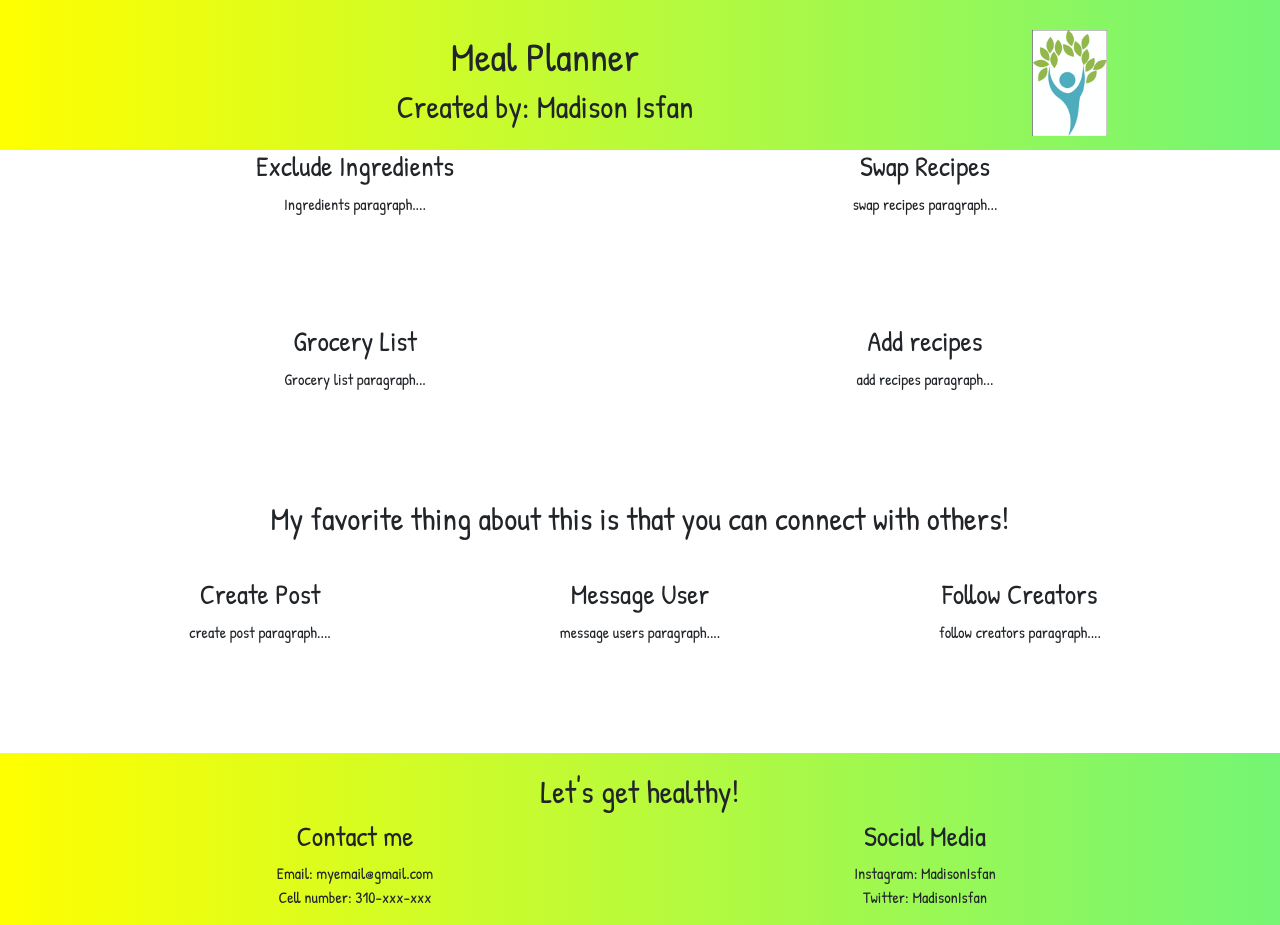
Repository: madisonisfan/Meal-Planner
Page: index.html
The author's editor kept a copy of each file at every save. The page is drawn from the files as they stood at one save, then again after the next save.
The browser window is 1280 px wide. The pictures show the whole page.
Some web libraries are served in a nearby version.

Above is the page before, as saved 2021-02-17 17:48:17.

### index.html
<!DOCTYPE html>
<head>

    <meta charset="utf-8"/>
    <meta name="viewport" content="width=device-width, initial-scale=1"/>

    <link rel="stylesheet" href="node_modules/bootstrap/dist/css/bootstrap.min.css" />

    <link rel="stylesheet" href="https://fonts.googleapis.com/css?family=Indie+Flower|Patrick+Hand" />
    <link rel="stylesheet" href="css/styles.css"/>
    <title> Meal Planner </title>
</head>

<body>

    <header class="jumbotron">
        <div class="container">
            <div class="row  justify-content-end">
                <div class="col-10 text-center align-self-center">
                    <h1>Meal Planner</h1>
                    <h2>Created by: Madison Isfan</h2>
                </div>
                <div class="col text-right ">
                    <img src="healthySymbolSc.jpg">
                </div>
            </div>
        </div>

    </header>

    <div class="container ">
        <div class="row row-content">
            <div class="col-12 text-center col-md">
                <h3>Exclude Ingredients</h3>
                <p>Ingredients paragraph....</p>
            </div>
            <div class="col-12 text-center col-md">
                <h3>Swap Recipes</h3>
                <p >swap recipes paragraph...</p>
            </div>
        </div>

        <div class="row row-content ">
            <div class="col-12 text-center col-md">
                <h3>Grocery List</h3>
                <p>Grocery list paragraph...</p>
            </div>
            <div class="col-12 text-center col-md">
                <h3>Add recipes</h3>
                <p>add recipes paragraph...</p>
            </div>
        </div>

    </div> <!--End of container-->

    <div class="container">
        <div class="row align-items-start">
            <div class="col ">
                <h2 class=" extra-header text-center">My favorite thing about this is that you can connect with others!</h2>
            </div>
        </div>
        <div class="row row-content align-items-start justify-content-center" >
            <div class="col-12 text-center col-md">
                <h3>Create Post</h3>
                <p>create post paragraph....</p>

            </div>
            <div class="col-12 text-center col-md">
                <h3>Message User</h3>
                <p>message users paragraph....</p>
            </div>
            <div class="col-12 text-center col-md">
                <h3>Follow Creators</h3>
                <p>follow creators paragraph....</p>
            </div>

        </div>

    </div>

    <footer>
        <div class="container">
            <div class="row">
                <div class ="col">
                    <h2 class="text-center"> Let's get healthy! </h2>
                </div>
            </div>

            <div class="row">
                <div class="col-12 text-center col-md">
                    <h3 >Contact me</h3>
                    <ul class="list-unstyled">
                        <li>Email: myemail@gmail.com</li>
                        <li>Cell number: 310-xxx-xxx</li>
                    </ul>

                </div>
                <div class="col-12 text-center col-md">
                    <h3 >Social Media</h3>
                    <ul class="list-unstyled">
                        <li>Instagram: MadisonIsfan</li>
                        <li>Twitter: MadisonIsfan</li>
                    </ul>

                </div>
            </div>
        </div>
    </footer>


    <script src="node_modules/jquery/dist/jquery.slim.min.js"></script>
    <script src="node_modules/popper.js/dist/umd/popper.min.js"></script>
    <script src="node_modules/bootstrap/dist/js/bootstrap.min.js"></script>
</body>


</html>

### css/styles.css
header {
  padding: 20px;
  height: 150px;
}
body {
  font-family: "Patrick Hand";
}

footer {
  background-image: linear-gradient(to right, yellow, rgb(116, 245, 116));
  padding-top: 20px;
}

img {
  width: 75px;
}

.row-content {
  min-height: 175px;
}

.jumbotron {
  padding: 30px;
  background-image: linear-gradient(to right, yellow, rgb(116, 245, 116));
}

.extra-header {
  margin-bottom: 40px;
}

After the next save:
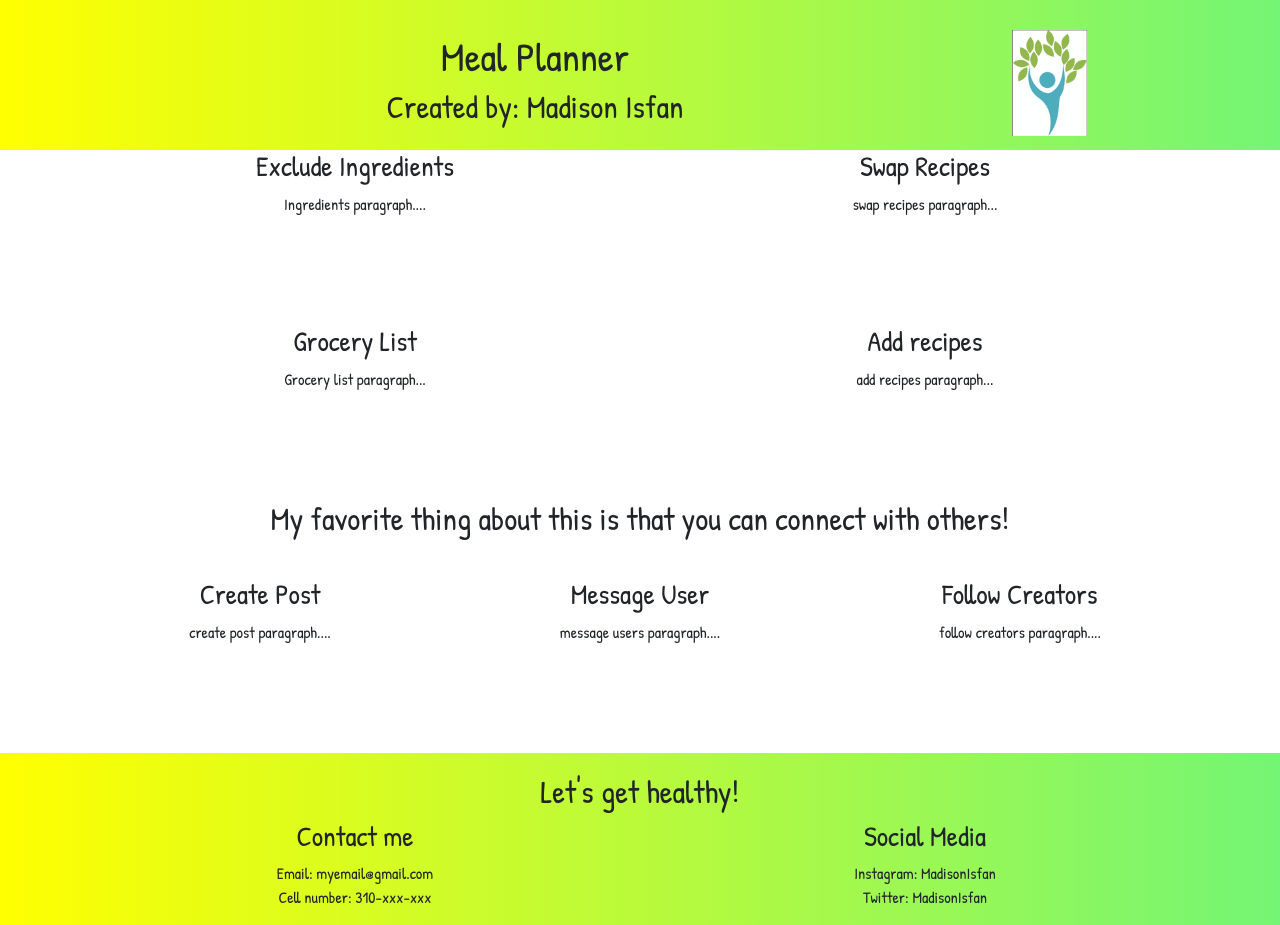
Saved 43 s later.
--- a/index.html
+++ b/index.html
@@ -15,7 +15,7 @@
 
     <header class="jumbotron">
         <div class="container">
-            <div class="row  justify-content-end">
+            <div class="row  justify-content-end" style="width: 100%;">
                 <div class="col-10 text-center align-self-center">
                     <h1>Meal Planner</h1>
                     <h2>Created by: Madison Isfan</h2>
